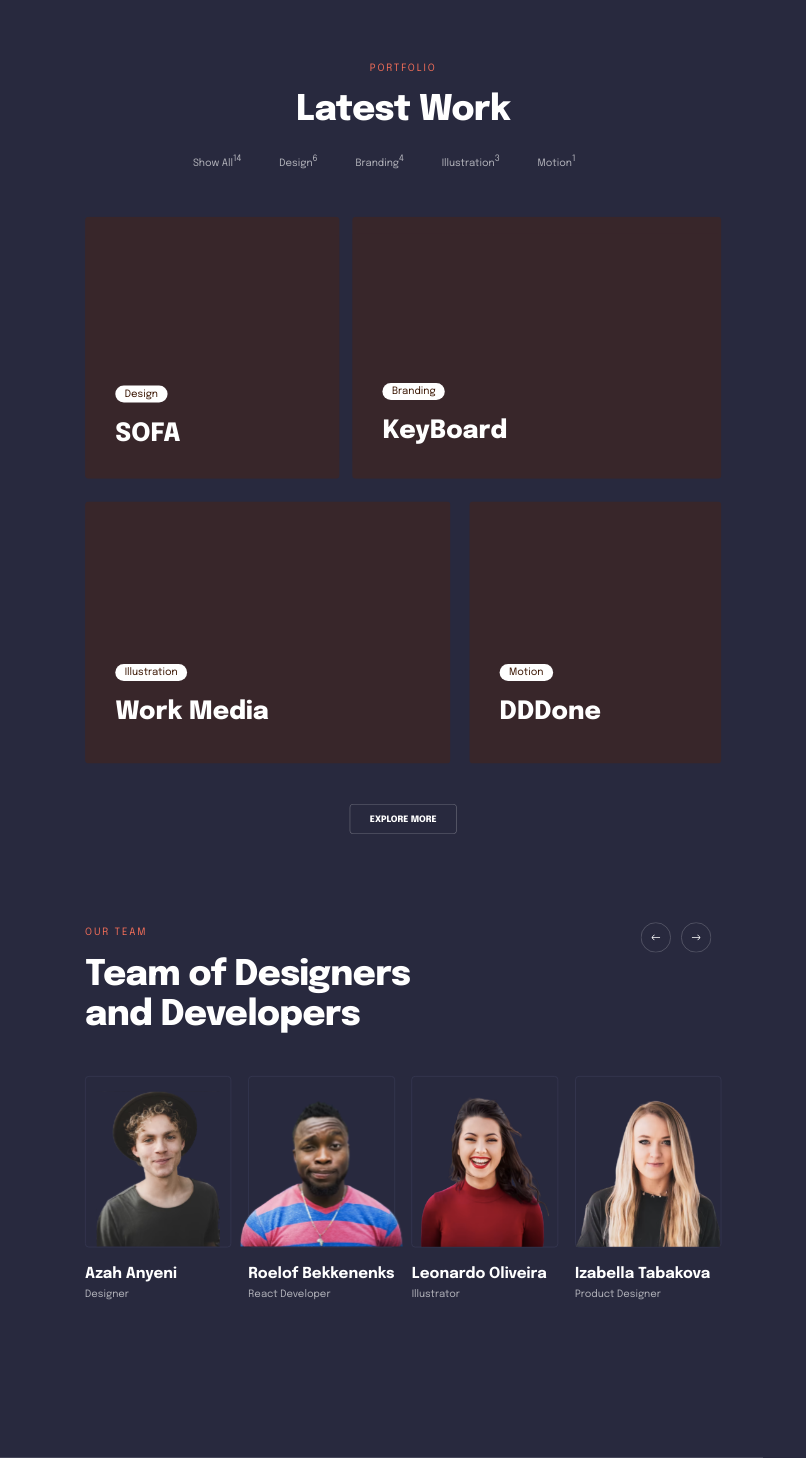
Repository: FidanXankishiyeva/figma-positions-task
Page: index.html
An editor plug-in stored every save of this project. The page is shown before and after a run of saves, followed by the edit.
The browser window is 1280 px wide. The pictures show the whole page, at 63% of full size.

Above is the page before, as saved 2023-08-10 14:01:53.

After the next 2 saves:
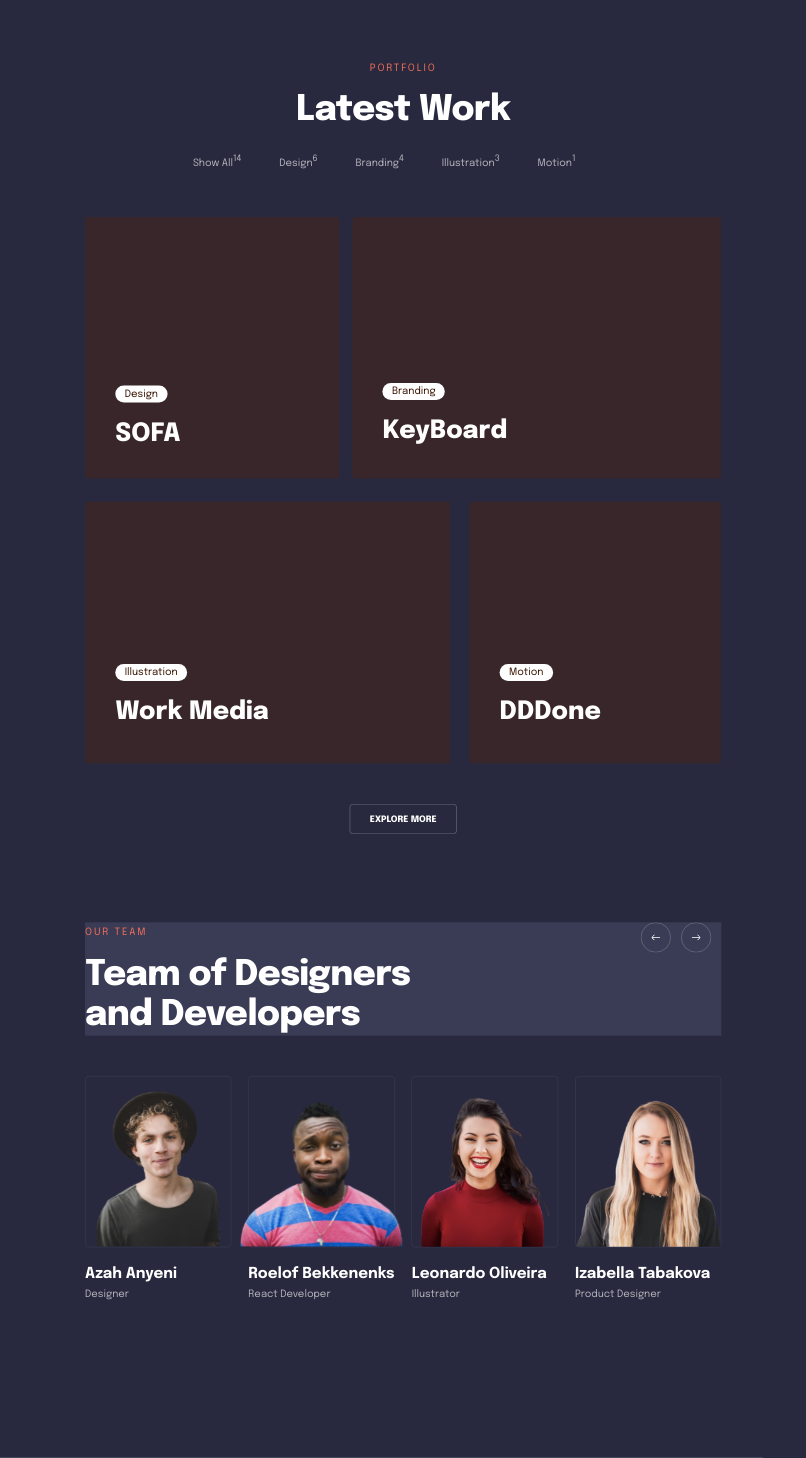
The 2 saves are shown as one change because they came seconds apart.
The last was saved 22 s later.
--- a/index.css
+++ b/index.css
@@ -269,6 +269,7 @@ button {
 .text-buttons-collaj{
     display: flex;
     justify-content: space-between;
+    background-color: #3a3c56;
 }
 .text-buttons-collaj .buttons{
     display: flex;
